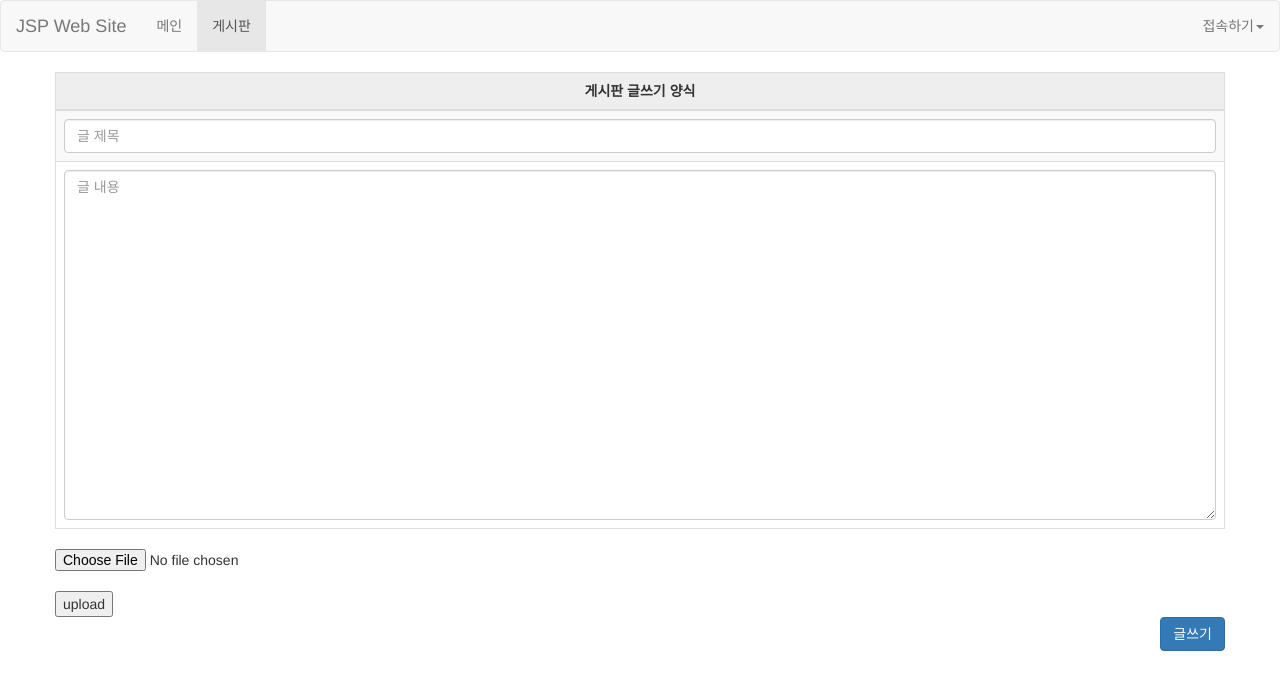
Repository: seung-kook/JSPBBSUPLOAD
Page: http://localhost/BBS/write.jsp
The author's editor kept a copy of each file at every save. The page is drawn from the files as they stood at one save, then again after the next save.
The browser window is 1280 px wide. The pictures show the whole page.
Some web libraries are served in a nearby version. The page is served by Tomcat 9. Other server files are loaded and not shown.

Above is the page before, as saved 2022-03-15 01:01:45.

### BBS/src/main/webapp/write.jsp
<%@ page language="java" contentType="text/html; charset=UTF-8"
    pageEncoding="UTF-8"%>
<%@ page import="java.io.PrintWriter" %>
<!DOCTYPE html>
<html>
<head>
<meta http-equiv="Content-Type" content="text/html; charset=UTF-8">
<meta name="viewport" content="width=device-width, initial-scale=1">
<link rel="stylesheet" href="css/bootstrap.css">
<title>JSP Web Site</title>
</head>
<body>
	<%
		String userID = null;
		if (session.getAttribute("userID") != null) {
			userID = (String) session.getAttribute("userID");
		}
	%>
	<nav class="navbar navbar-default">
		<div class="navbar-header">
			<button type="button" class="navbar-toggle collapsed"
				data-toggle="collapse" data-target="#bs-example-navbar-collapse-1"
				aria-expanded="false">
				<span class="icon-bar"></span>
				<span class="icon-bar"></span>
				<span class="icon-bar"></span>
			</button>
			<a class="navbar-brand" href="main.jsp">JSP Web Site</a>
		</div>
		<div class="collapse navbar-collapse" id="bs-example-navbar-collapse-1">
			<ul class="nav navbar-nav">
				<li><a href="main.jsp">메인</a></li>
				<li class="active"><a href="bbs.jsp">게시판</a></li>
			</ul>
			<%
				if(userID == null) {
			%>
			<ul class="nav navbar-nav navbar-right">
				<li class="dropdown">
					<a href="#" class="dropdown-toggle"
						data-toggle="dropdown" role="button" aria-haspopup="true"
						aria-expanded="false">접속하기<span class="caret"></span></a>
					<ul class="dropdown-menu">
						<li><a href="login.jsp">로그인</a></li>
						<li><a href="join.jsp">회원가입</a></li>
					</ul>
				</li>
			</ul>
			<%
				} else {
			%>
			<ul class="nav navbar-nav navbar-right">
				<li class="dropdown">
					<a href="#" class="dropdown-toggle"
						data-toggle="dropdown" role="button" aria-haspopup="true"
						aria-expanded="false">회원관리<span class="caret"></span></a>
					<ul class="dropdown-menu">
						<li><a href="logoutAction.jsp">로그아웃</a></li>
					</ul>
				</li>
			</ul>
			<%
				}
			%>
		</div>
	</nav>
	<div class="container">
		<div class="row">
			<form method="post" action="writeAction.jsp" enctype="multipart/form-data">
				<table class="table table-striped" style="text-align: center; border: 1px solid #dddddd">
					<thead>
						<tr>
							<th colspan="2" style="background-color: #eeeeee; text-align: center;">게시판 글쓰기 양식</th>
						</tr>
					</thead>
					<tbody>
						<tr>
							<td><input type="text" class="form-control" placeholder="글 제목" name="bbsTitle" maxlength="50"></td>
						</tr>
						<tr>
							<td><textarea class="form-control" placeholder="글 내용" name="bbsContent" maxlength="2048" style="height: 350px;"></textarea></td>
						</tr>
					</tbody>
				</table>
				<input type="file" name="file"><br>
				<input type="submit" value="upload">
				</form>
				<input type="submit" class="btn btn-primary pull-right" value="글쓰기">
			</form>
		</div>
	</div>
	<script src="https://code.jquery.com/jquery-3.1.1.min.js"></script>
	<script src="js/bootstrap.js"></script>
</body>
</html>

Loaded but not shown: BBS/src/main/webapp/css/bootstrap.css (library); BBS/src/main/webapp/js/bootstrap.js (library)

After the next save:
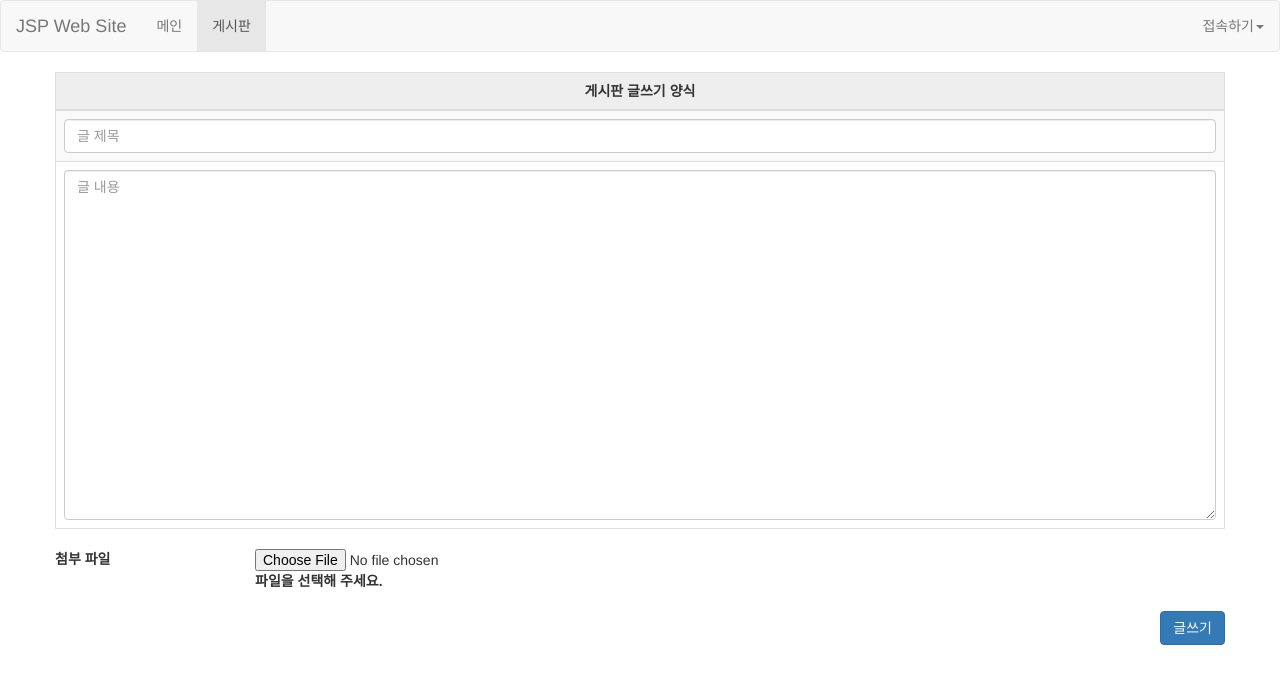
Saved 18 min 48 s later.
--- a/BBS/src/main/webapp/write.jsp
+++ b/BBS/src/main/webapp/write.jsp
@@ -82,9 +82,15 @@
 						</tr>
 					</tbody>
 				</table>
-				<input type="file" name="file"><br>
-				<input type="submit" value="upload">
-				</form>
+	        <div class="form-group row">
+	            <label for="inputFile" class="col-sm-2 col-form-label"><strong>첨부 파일</strong></label>
+	            <div class="col-sm-10">
+    	            <div class="custom-file" id="inputFile">
+    	                <input name="file" type="file" class="custom-file-input" id="customFile">
+        	            <label class="custom-file-label" for="customFile">파일을 선택해 주세요.</label>
+        	        </div>
+            	</div>
+        	</div>
 				<input type="submit" class="btn btn-primary pull-right" value="글쓰기">
 			</form>
 		</div>
